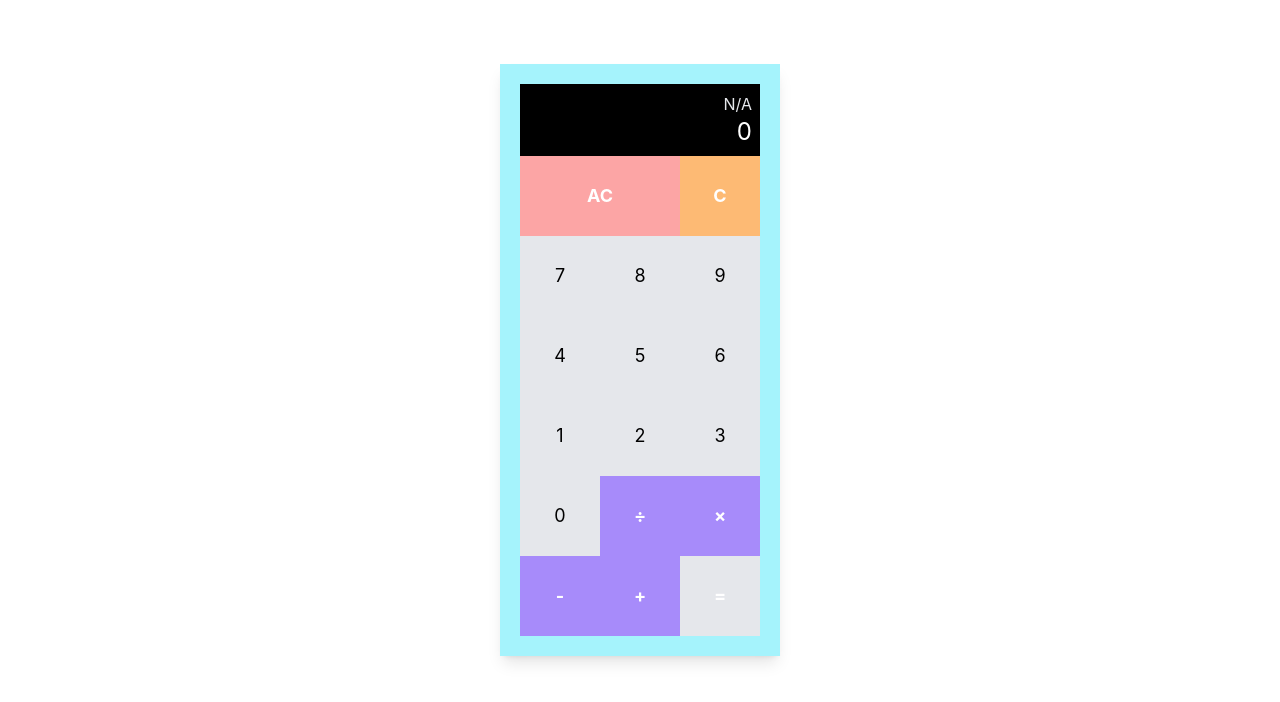
Repository: BrianPhamDev/calculator_app
Page: /
These files come from the project's save history. The page is drawn as it stood at one moment and after the next save; the edit follows.
The browser window is 1280 px wide. The pictures show the whole page.
The project was rebuilt for these pictures with package versions that can differ from the ones it lists, and the page was loaded fresh each time. Also part of the build but not shown: vite.config.js.

Above is the page before, as saved 2024-01-09 14:49:59.

### src/App.jsx
import Calculator from "./components/Calculator";

function App() {
  return (
    <>
      <div className="flex items-center justify-center w-screen h-screen">
        <Calculator></Calculator>
      </div>
    </>
  );
}

export default App;

### src/components/Calculator.jsx
import { calculatorButtons } from "../globals/calculator-button-data";
import { useReducer } from "react";

function reducer(state, action) {}

const Calculator = () => {
  const specialTypes = {
    operator: "bg-violet-400 hover:bg-violet-300 text-white font-bold",
    enter: "bg-blue-400 hover:bg-blue-300 text-white font-bold",
  };
  const specialClasses = {
    ac: "col-span-2 w-40 bg-red-300 text-white font-bold hover:bg-red-400",
    c: "bg-orange-300 text-white font-bold hover:bg-orange-400",
  };

  const [{ current, previous, operation }, dispatch] = useReducer(reducer, {});

  return (
    <div className="border-[20px] border-cyan-200 shadow-lg">
      <div className="w-60 h-fit bg-black text-white flex flex-col items-end justify-around p-2 break-words break-all">
        <div className="previous text-gray-200">{previous || "N/A"}</div>
        <div className="current text-2xl">{current || "0"}</div>
      </div>

      <div className="grid grid-cols-3">
        {calculatorButtons.map((button) => {
          return (
            <div
              key={button.className}
              className={`bg-gray-200 flex items-center justify-center w-20 h-20 hover:bg-slate-300 text-lg  ${
                specialClasses[button.className] || ""
              }
              ${specialTypes[button.type] || ""}`}
            >
              {button.text}
            </div>
          );
        })}
      </div>
    </div>
  );
};

export default Calculator;

### src/globals/calculator-button-data.js
export const calculatorButtons = [
  {
    type: "clear",
    className: "ac",
    text: "AC",
    value: "All Clear",
  },
  {
    type: "clear",
    className: "c",
    text: "C",
    value: "Clear",
  },
  {
    type: "number",
    className: "seven",
    text: 7,
    value: 7,
  },
  {
    type: "number",
    className: "eight",
    text: 8,
    value: 8,
  },
  {
    type: "number",
    className: "nine",
    text: 9,
    value: 9,
  },

  {
    type: "number",
    className: "four",
    text: 4,
    value: 4,
  },
  {
    type: "number",
    className: "five",
    text: 5,
    value: 5,
  },
  {
    type: "number",
    className: "six",
    text: 6,
    value: 6,
  },

  {
    type: "number",
    className: "one",
    text: 1,
    value: 1,
  },
  {
    type: "number",
    className: "two",
    text: 2,
    value: 2,
  },
  {
    type: "number",
    className: "three",
    text: 3,
    value: 3,
  },
  {
    type: "number",
    className: "zero",
    text: 0,
    value: 0,
  },
  {
    type: "operator",
    className: "divide",
    text: "\u00f7",
    value: "Divide",
  },
  {
    type: "operator",
    className: "multiply",
    text: "\u00d7",
    value: "Multiply",
  },
  {
    type: "operator",
    className: "subtract",
    text: "-",
    value: "Subtract",
  },

  {
    type: "operator",
    className: "add",
    text: "+",
    value: "Add",
  },
  {
    type: "enter",
    className: "equal",
    text: "=",
    value: "Equal",
  },
];

Loaded but not shown: index.html (common file); src/main.jsx (common file); src/index.css (common file); tailwind.config.js (common file)

After the next save:
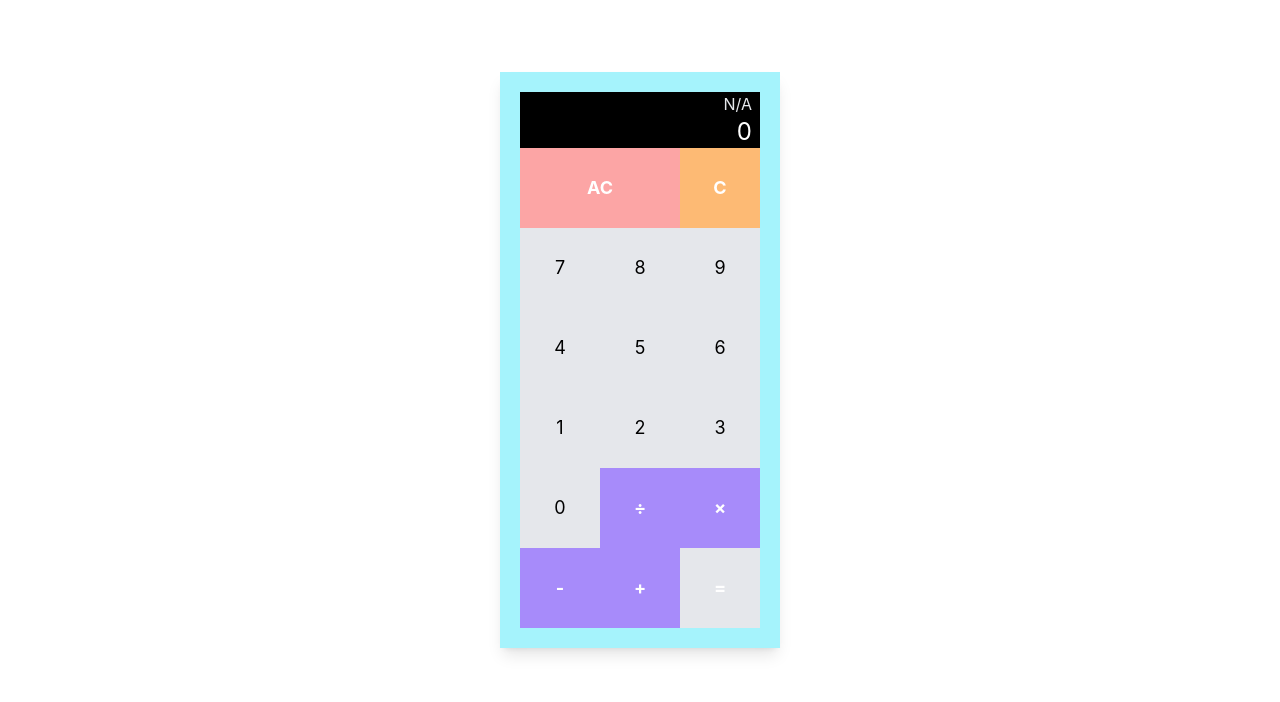
Saved 10 s later.
--- a/src/components/Calculator.jsx
+++ b/src/components/Calculator.jsx
@@ -17,7 +17,7 @@ const Calculator = () => {
 
   return (
     <div className="border-[20px] border-cyan-200 shadow-lg">
-      <div className="w-60 h-fit bg-black text-white flex flex-col items-end justify-around p-2 break-words break-all">
+      <div className="w-60 h-fit bg-black text-white flex flex-col items-end justify-around px-2 break-words break-all">
         <div className="previous text-gray-200">{previous || "N/A"}</div>
         <div className="current text-2xl">{current || "0"}</div>
       </div>
